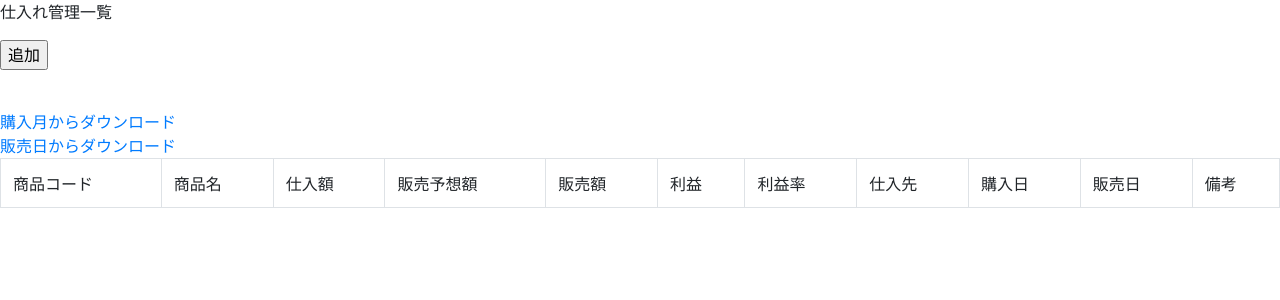
Repository: hayashikazuki/quroud9
Page: http://localhost/hurugi_keisan/product/hurugi_list.php
The author's editor kept a record of every edit. The page is drawn from the files as they stood at one moment, then again after the next edit.
The browser window is 1280 px wide. The pictures show the whole page.
The page is run by PHP 8.4 with error messages shown; the project is at /var/www/html/. Queries for data that is not in the repository find no rows.

Above is the page before.

After the next edit:
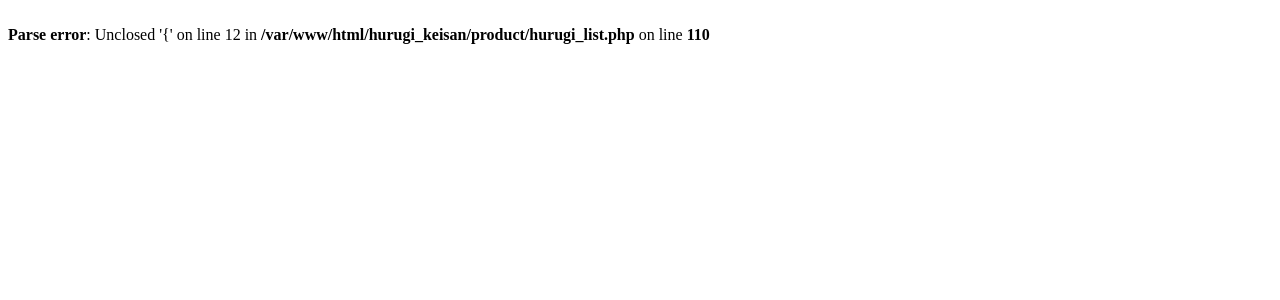
The edit:
--- a/hurugi_keisan/product/hurugi_list.php
+++ b/hurugi_keisan/product/hurugi_list.php
@@ -29,12 +29,9 @@
     <form method="post" action="hurugi_branch.php">
         <input type="submit" value="追加" name="add">
     </form>
-    <br />
     <a href="hurugi_download.php">購入月からダウンロード</a>
-    <br />
     <a href="saledate_download.php">販売日からダウンロード</a>
-    <br />
-    <?php
+
     print '<table class="table table-bordered">';
     print '<tr>';
     print '<td>商品コード</td>';

After the edit that followed:
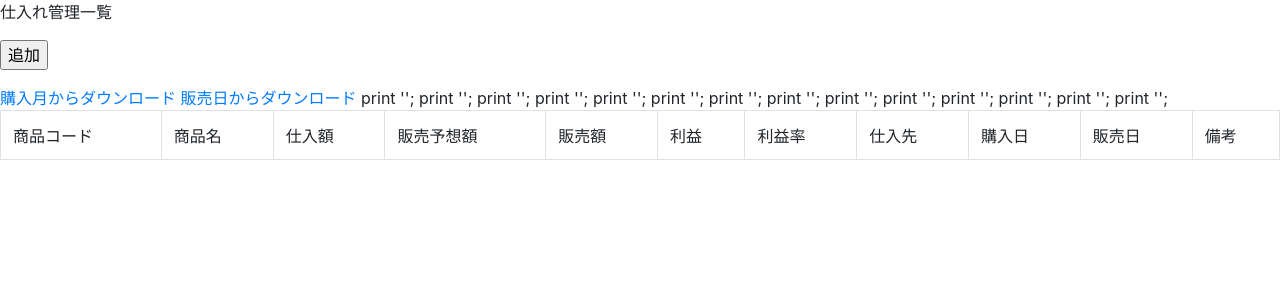
The edit:
--- a/hurugi_keisan/product/hurugi_list.php
+++ b/hurugi_keisan/product/hurugi_list.php
@@ -46,7 +46,7 @@
     print '<td>販売日</td>';
     print '<td>備考</td>';
     print '</tr>';
-
+    <?php
     while(true)
     {
 
